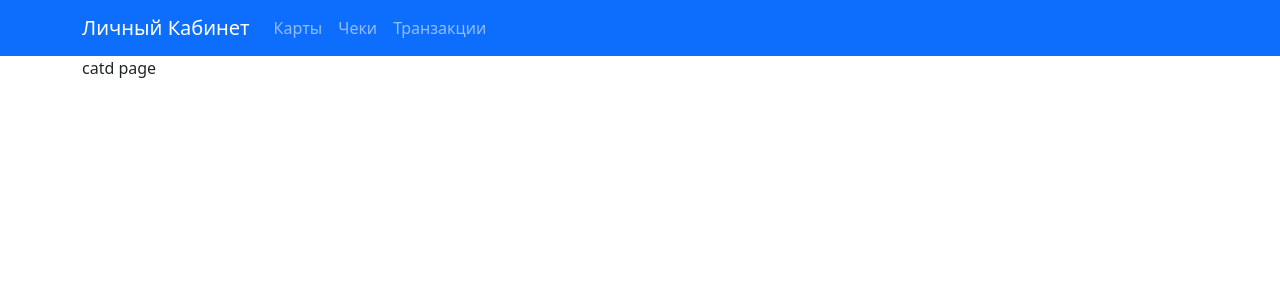
Repository: PGVlasov/cardTask
Page: /
The author's editor kept a copy of each file at every save. The page is drawn from the files as they stood at one save, then again after the next save.
The browser window is 1280 px wide. The pictures show the whole page.
The project was rebuilt for these pictures with package versions that can differ from the ones it lists, and the page was loaded fresh each time. Also part of the build but not shown: src/pages/CheckPage.js, src/pages/TransactionsPage.js.

Above is the page before, as saved 2022-06-03 14:26:06.

After the next save:
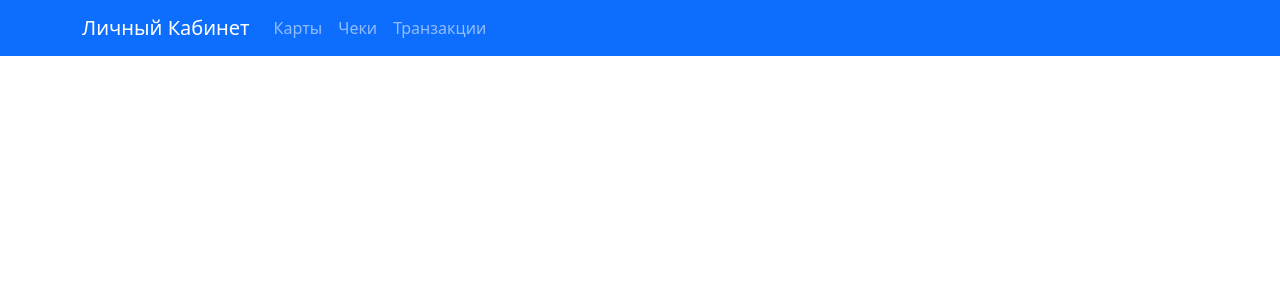
Saved 16 s later.
--- a/src/pages/CardsPage.js
+++ b/src/pages/CardsPage.js
@@ -1,3 +1,5 @@
+import { CardList } from "../components/cards/CardList";
+
 export const CardsPage = () => {
-  return <div>catd page</div>;
+  return <CardList />;
 };
